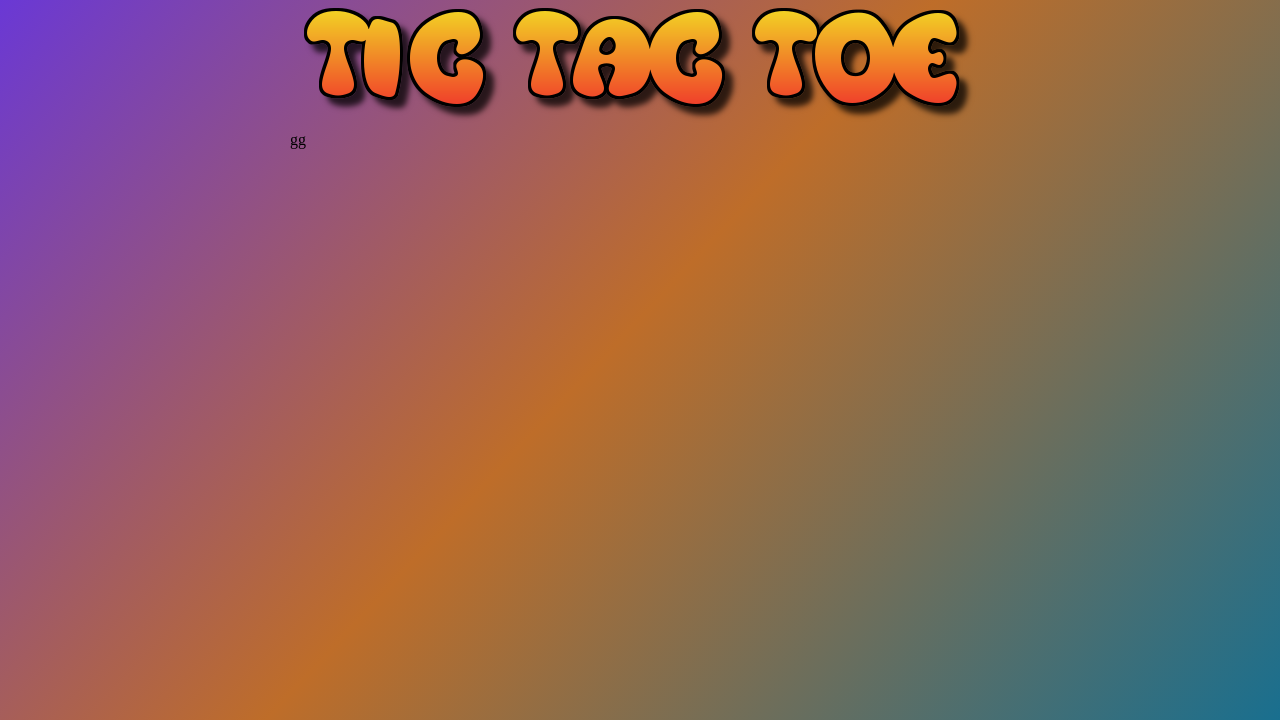
Repository: malx9/Project--5---Tic-Tac-Toe-with-AI
Page: index.html
An editor plug-in stored every save of this project. The page is shown before and after the next save, followed by the edit.
The browser window is 1280 px wide. The pictures show the whole page.

Above is the page before, as saved 2023-12-25 17:01:02.

### index.html
<!DOCTYPE html>
<html lang="en">
  <head>
    <meta charset="UTF-8" />
    <meta name="viewport" content="width=device-width, initial-scale=1.0" />
    <link rel="stylesheet" href="styles.css" />
    <title>Tic Tac Toe</title>
  </head>
  <body>
    <header>
      <img class="logo" src="images/logo.png" />
    </header>
    <main>
      <div class="game--box">gg</div>
    </main>
  </body>
</html>

### styles.css
html {
  height: 100%;
  margin: 0;
}

body {
  margin: 0;
  background: rgb(106, 56, 213);
  background: linear-gradient(
    133deg,
    rgba(106, 56, 213, 1) 0%,
    rgba(190, 109, 41, 1) 48%,
    rgba(25, 111, 143, 1) 100%
  );
}

.logo {
  display: block;
  margin-left: auto;
  margin-right: auto;
}

.game--box {
  display: block;
  margin: auto;
  width: 700px;
}

After the next save:
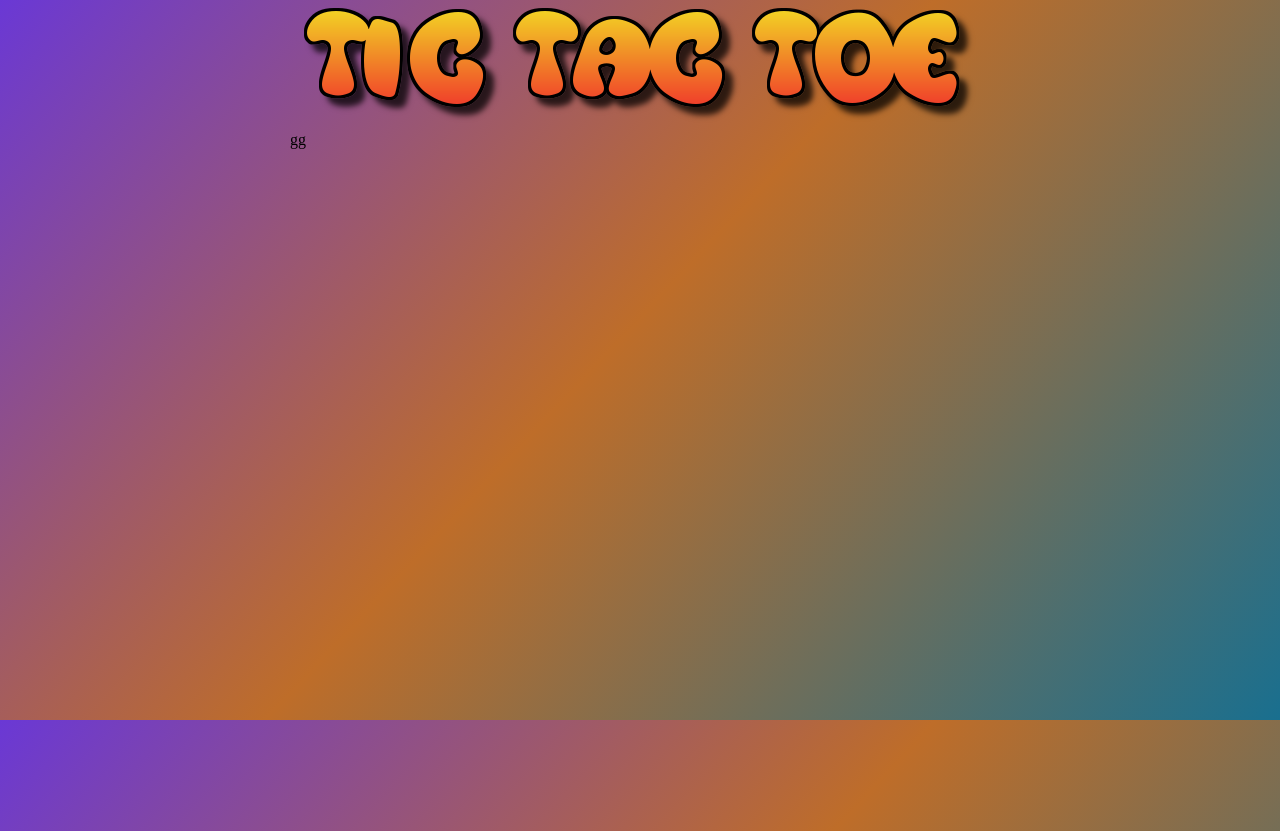
Saved 8 min 34 s later.
--- a/styles.css
+++ b/styles.css
@@ -24,4 +24,5 @@
   display: block;
   margin: auto;
   width: 700px;
+  height: 700px;
 }

After the save that followed:
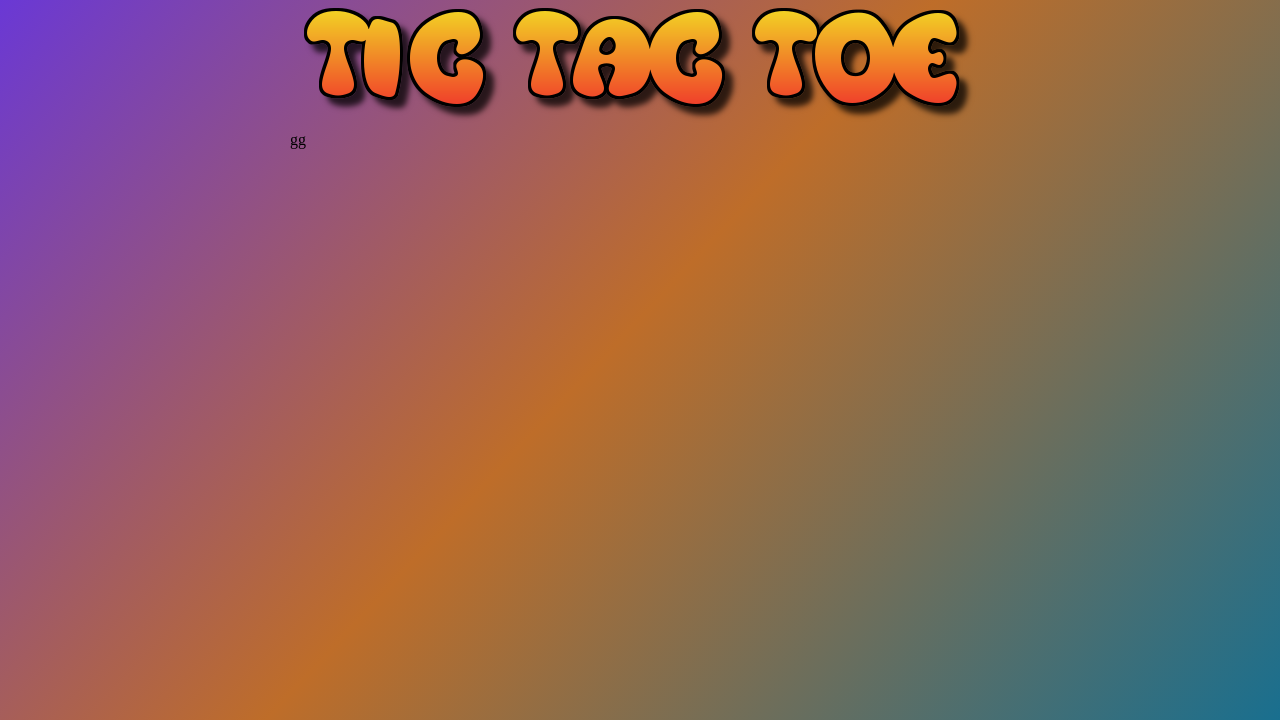
Saved 10 s later.
--- a/styles.css
+++ b/styles.css
@@ -24,5 +24,5 @@
   display: block;
   margin: auto;
   width: 700px;
-  height: 700px;
+  height: 500px;
 }
